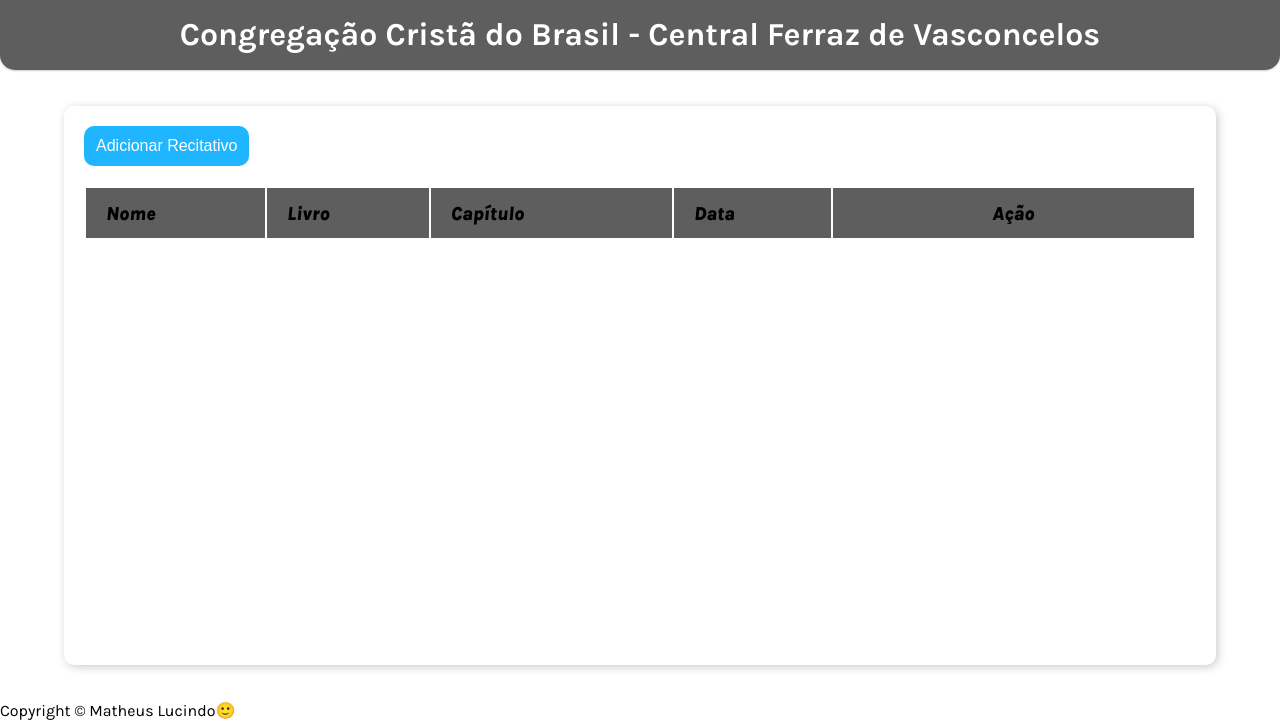
Repository: Matheus904-12/API-da-CCB
Page: beta4/index.html
An editor plug-in stored every save of this project. The page is shown before and after a run of saves, followed by the edit.
The browser window is 1280 px wide. The pictures show the whole page.

Above is the page before, as saved 2024-01-12 19:56:50.

After the next 3 saves:
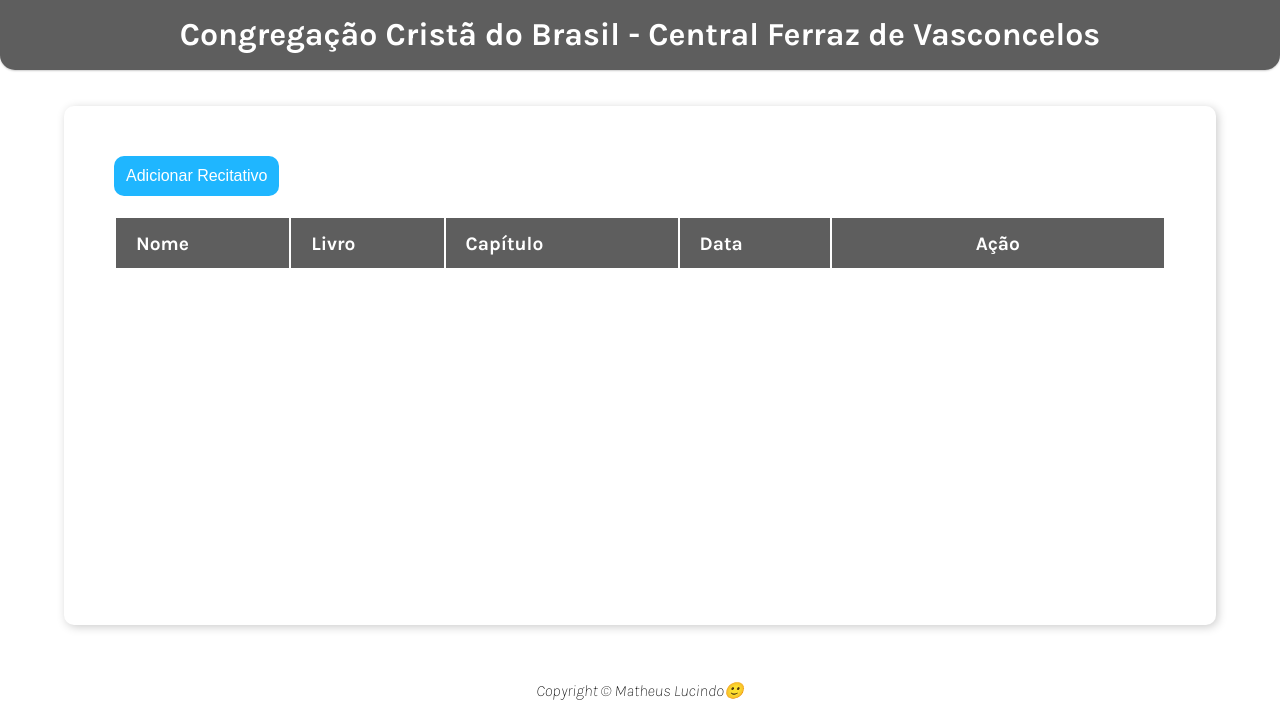
The 3 saves are shown as one change because they came seconds apart.
The last was saved 9 s later.
--- a/beta4/css/principal.css
+++ b/beta4/css/principal.css
@@ -46,7 +46,9 @@
     border-radius: 10px;
 }
 
-main, th
+main, th {
+    color: white;
+}
 
 footer{
     width:100;
